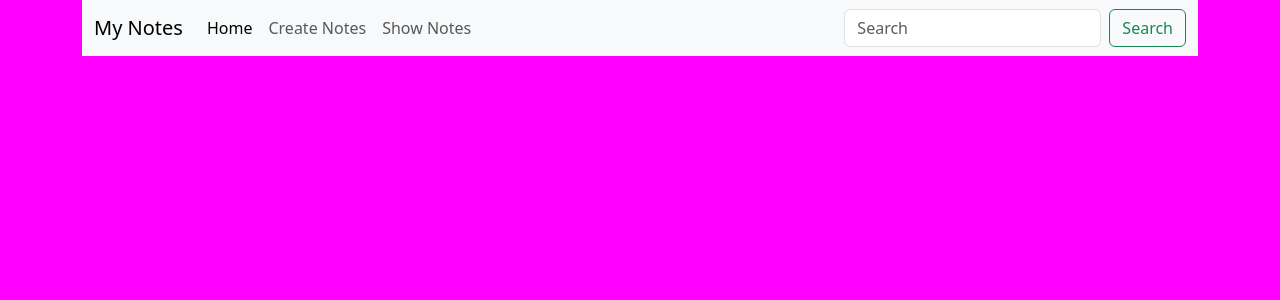
Repository: mrking14/Advance-Java-Projects
Page: http://localhost/NoteTaker/
The author's editor kept a copy of each file at every save. The page is drawn from the files as they stood at one save, then again after the next save.
The browser window is 1280 px wide. The pictures show the whole page.
The page is served by Tomcat 9.

Above is the page before, as saved 2023-06-25 09:22:05.

After the next save:
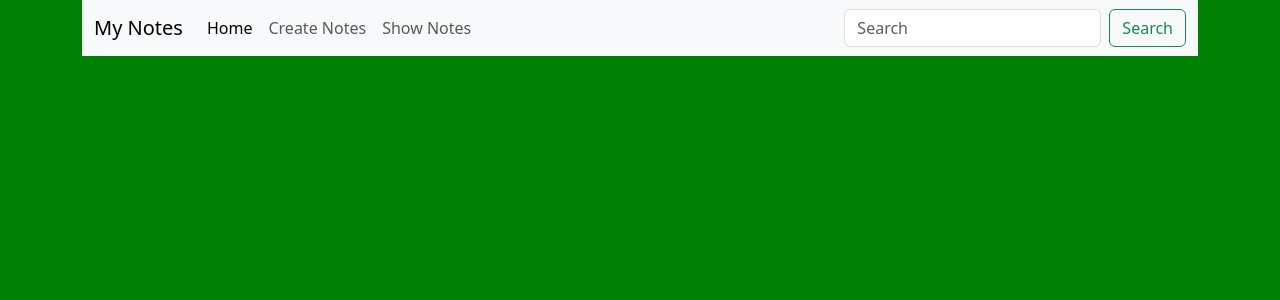
Saved 11 s later.
--- a/NoteTaker/src/main/webapp/css/style.css
+++ b/NoteTaker/src/main/webapp/css/style.css
@@ -1,3 +1,3 @@
 body{
-	background:fuchsia;
+	background:green;
 }
